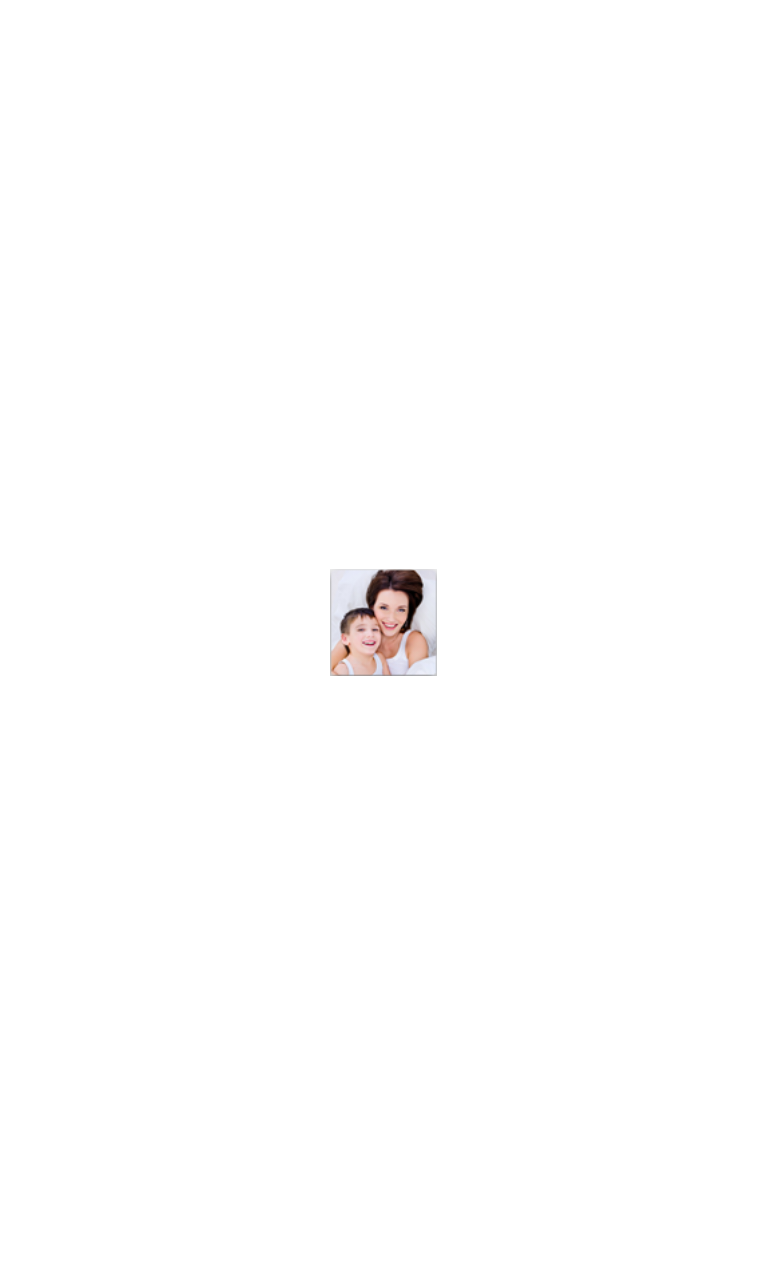
Repository: stone-jin/birthday
Layout: birthday/res/layout/sms_gridview_item.xml
The author's editor kept a copy of each file at every save. The layout is drawn from the files as they stood at one save, then again after the next save.
It is drawn on a 768 x 1280 px phone screen (xhdpi) without system bars, with theme AppTheme; the app's code is not run.

Above is the layout before, as saved 2014-05-05 11:27:02.

After the next save:
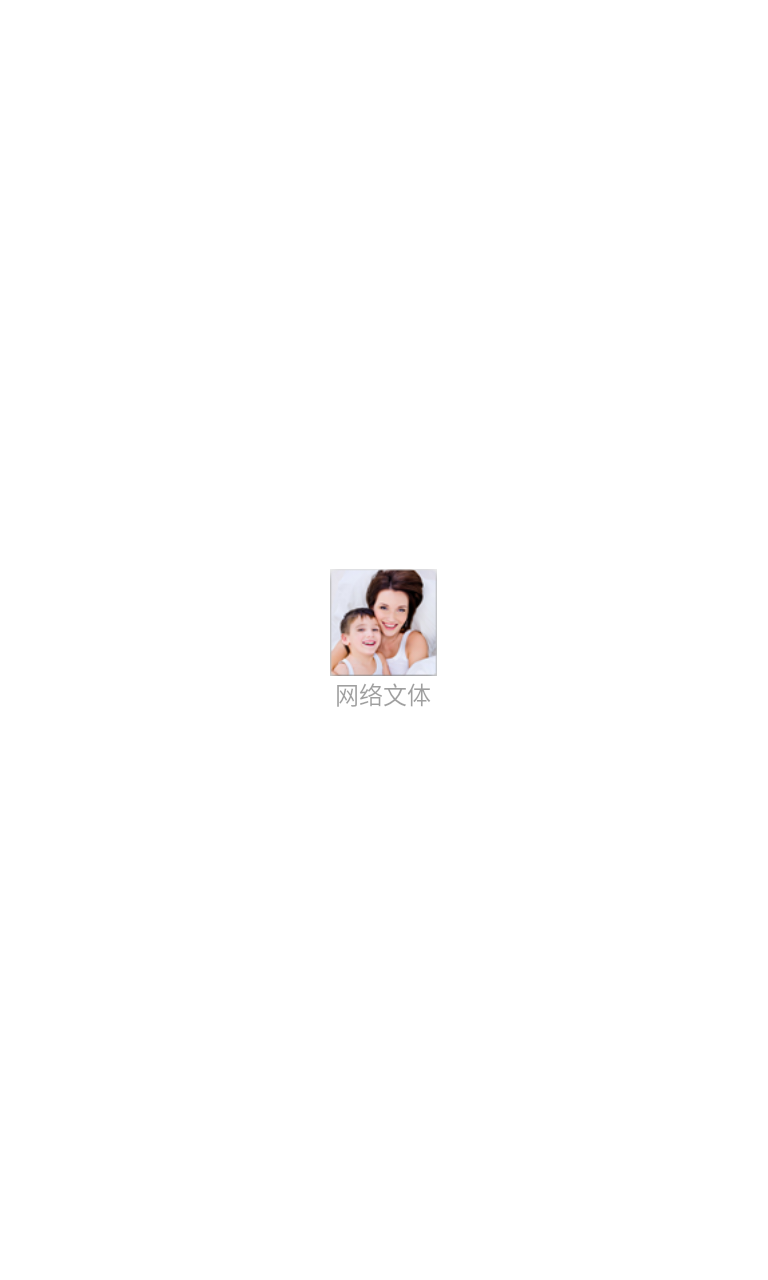
Saved 11 s later.
--- a/birthday/res/layout/sms_gridview_item.xml
+++ b/birthday/res/layout/sms_gridview_item.xml
@@ -25,7 +25,7 @@
 	        android:layout_width="fill_parent"
 	        android:layout_height="wrap_content"
 	        android:text="网络文体"
-	        android:textColor="#ffffff"
+	        android:textColor="#60000000"
 	        android:textSize="12sp"
 	        android:gravity="center_horizontal"
 	        />
